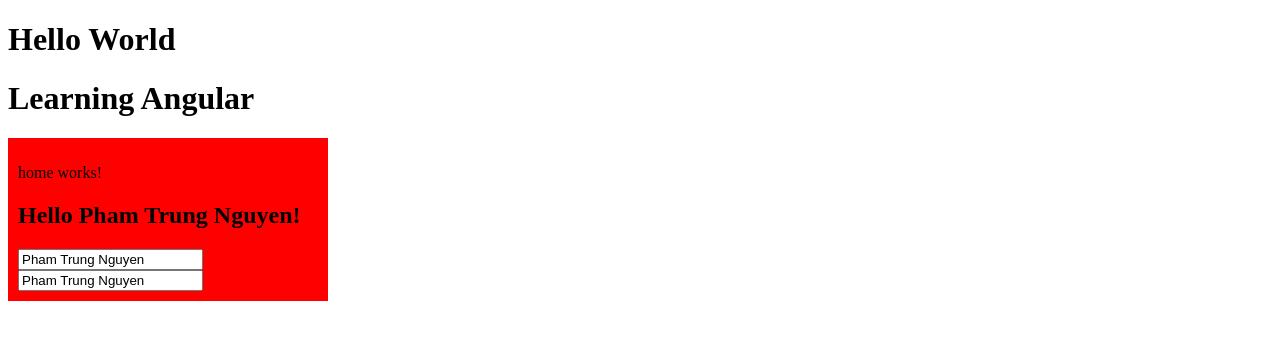
Repository: PhamTrungNguyen/Angular12
Page: / (app in Angular/)
These files come from the project's save history. The page is drawn as it stood at one moment and after the next save; the edit follows.
The browser window is 1280 px wide. The pictures show the whole page.
The project was rebuilt for these pictures with package versions that can differ from the ones it lists, and the page was loaded fresh each time. Also part of the build but not shown: Angular/angular.json.

Above is the page before, as saved 2022-12-31 21:24:31.

After the next save:
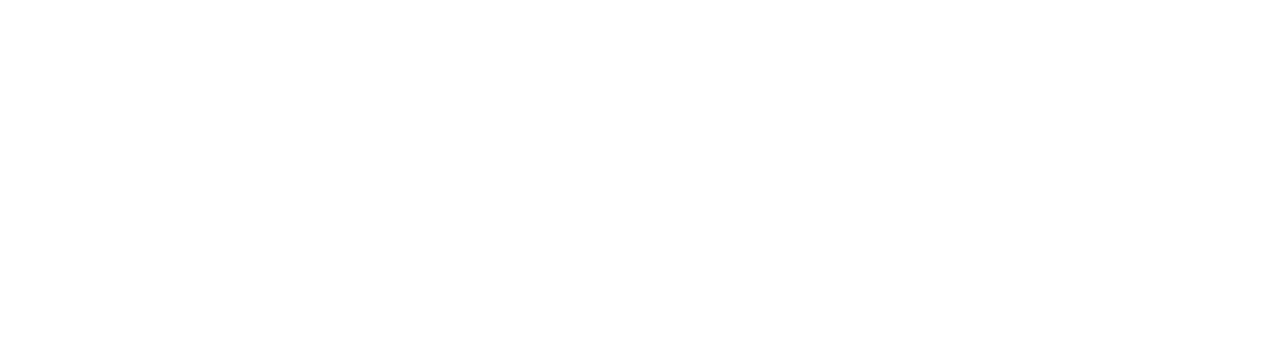
Saved 7 s later.
--- a/Angular/src/app/home/home.component.html
+++ b/Angular/src/app/home/home.component.html
@@ -2,5 +2,5 @@
     <p>home works!</p>
     <h2>Hello {{name}}!</h2>
     <input type="text" value="{{name}}">
-    <input type="text" [value]="name" [title]='name'>
+    <input type="text" [value]="name" [title]='"day la"name'>
 </div>

After the save that followed:
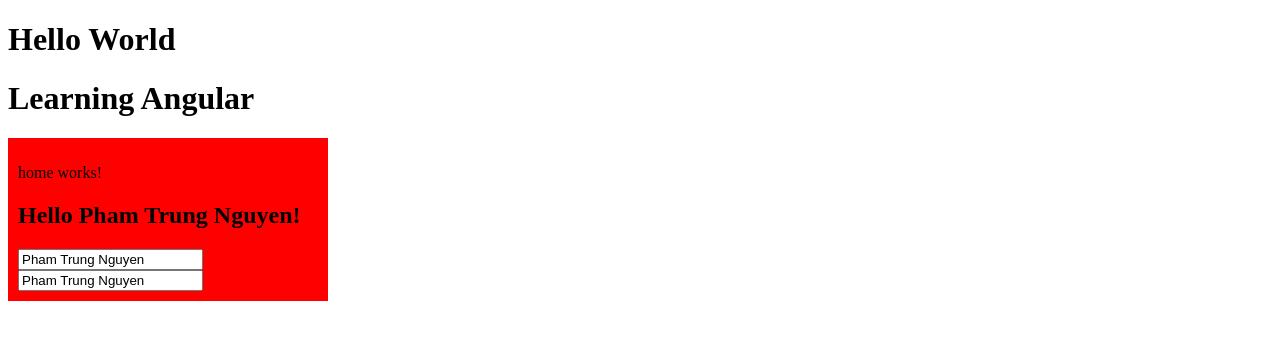
Saved 9 s later.
--- a/Angular/src/app/home/home.component.html
+++ b/Angular/src/app/home/home.component.html
@@ -2,5 +2,5 @@
     <p>home works!</p>
     <h2>Hello {{name}}!</h2>
     <input type="text" value="{{name}}">
-    <input type="text" [value]="name" [title]='"day la"name'>
+    <input type="text" [value]="name" [title]='"day la" +name'>
 </div>
